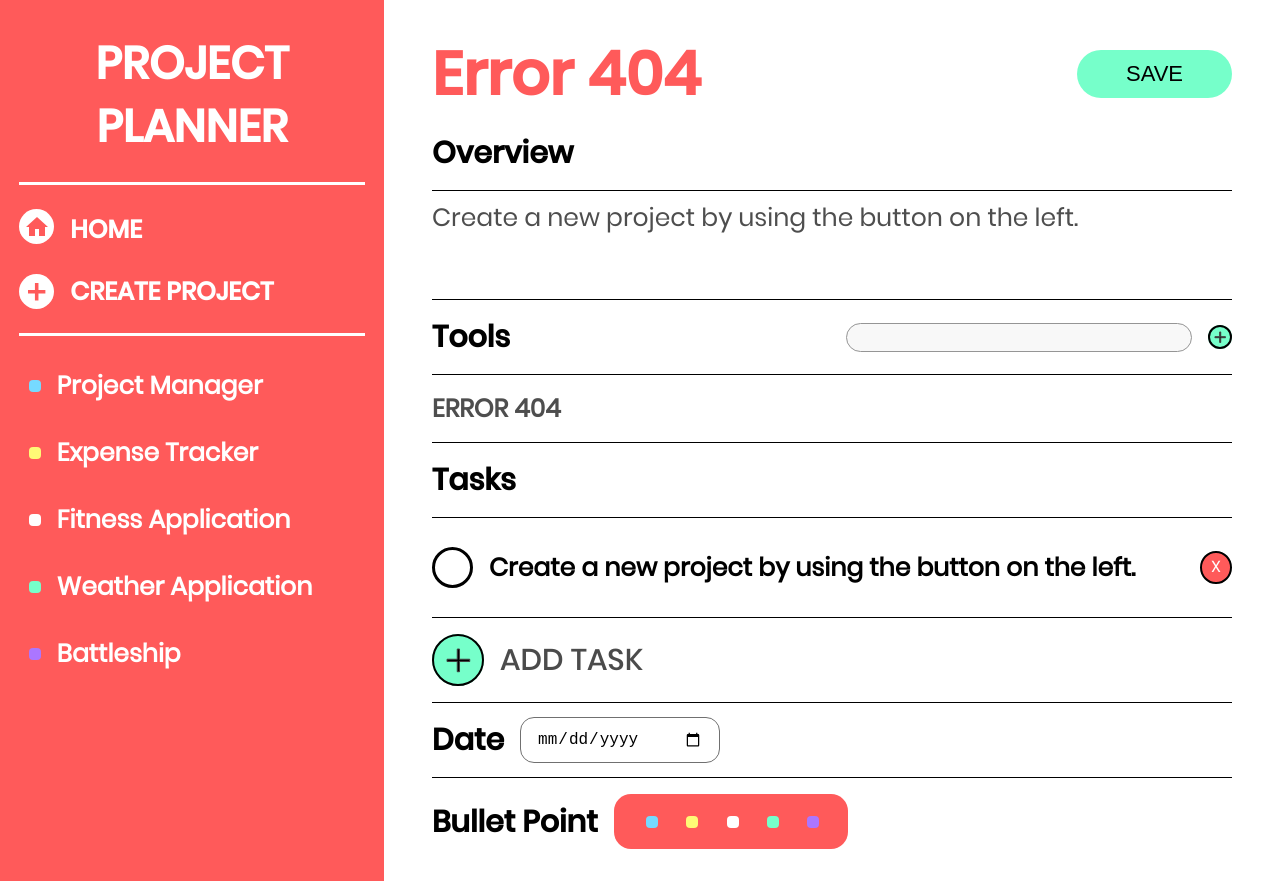
Repository: AzharMoosa/project-manager
Page: /project
These files come from the project's save history. The page is drawn as it stood at one moment and after a run of saves; the edit follows.
The browser window is 1280 px wide. The pictures show the whole page.
The project was rebuilt for these pictures with package versions that can differ from the ones it lists, and the page was loaded fresh each time. A package was used in the major version that the imports need, not the one package.json lists. Also part of the build but not shown: src/components/home/ProgressBar.js, src/components/home/ProjectProgress.js, src/components/home/Home.js.

Above is the page before, as saved 2020-06-25 14:05:57.

### public/index.html
<!DOCTYPE html>
<html lang="en">
  <head>
    <meta charset="utf-8" />
    <link rel="icon" href="%PUBLIC_URL%/favicon.ico" />
    <meta name="viewport" content="width=device-width, initial-scale=1" />
    <meta name="theme-color" content="#000000" />
    <meta
      name="description"
      content="Web site created using create-react-app"
    />
    <link rel="apple-touch-icon" href="%PUBLIC_URL%/logo192.png" />

    <link rel="manifest" href="%PUBLIC_URL%/manifest.json" />

    <title>Project Planner</title>
  </head>
  <body>
    <noscript>You need to enable JavaScript to run this app.</noscript>
    <div id="root"></div>
  </body>
</html>

### src/App.js
import React from "react";
import Sidebar from "./components/sidebar/Siebar";
import Main from "./components/Main";
import Modal from "./components/modal/Modal";
import { ProjectProvider } from "./ProjectContext";
import { SelectedProjectProvider } from "./SelectedProjectContext";
import { BrowserRouter } from "react-router-dom";

import "./App.css";

function App() {
  return (
    <BrowserRouter>
      <ProjectProvider>
        <SelectedProjectProvider>
          <div className='container'>
            <Sidebar />
            <Main />
            <Modal />
          </div>
        </SelectedProjectProvider>
      </ProjectProvider>
    </BrowserRouter>
  );
}

export default App;

### src/components/sidebar/Siebar.js
import React from "react";
import Header from "./Header";
import ProjectList from "../project-list/ProjectList";

const Siebar = () => {
  return (
    <div className='sidebar'>
      <Header />
      <ProjectList />
    </div>
  );
};

export default Siebar;

### src/components/Main.js
import React from "react";
import { Switch, Route } from "react-router-dom";
import Home from "./home/Home";
import CurrentProject from "./current-project/CurrentProject";

const Main = () => {
  return (
    <Switch>
      <Route exact path='/' component={Home}></Route>
      <Route exact path='/project' component={CurrentProject}></Route>
    </Switch>
  );
};

export default Main;

### src/components/modal/Modal.js
import React, { useContext, useState } from "react";
import { ProjectContext } from "../../ProjectContext";

const Modal = () => {
  // eslint-disable-next-line
  const [projects, setProjects] = useContext(ProjectContext);
  const [projectTitle, setProjectTitle] = useState("");
  const [projectOverview, setProjectOverview] = useState("");

  const hidePopup = () => {
    let popup = document.querySelector(".create-project-popup");
    popup.classList.add("hide");
  };

  const createProject = (e) => {
    if (projectTitle === "") {
      return;
    }
    e.preventDefault();
    let newProject = {
      name: projectTitle,
      overview: projectOverview,
      tools: [],
      progress: 0,
      tasks: [],
      color: "white",
      date: "",
      id: Math.floor(Math.random() * 100),
    };
    setProjects((projects) => [...projects, newProject]);
    setProjectTitle("");
    setProjectOverview("");
    clearTitleInput();
    clearOverviewInput();
    hidePopup();
  };

  const clearTitleInput = () => {
    let titleInput = document.querySelector(".title-input");
    titleInput.value = "";
  };

  const clearOverviewInput = () => {
    let overviewInput = document.querySelector(".overview-input");
    overviewInput.value = "";
  };

  return (
    <div className='create-project-popup hide'>
      <div className='create-project-popup-content'>
        <h1>CREATE PROJECT</h1>
        <form className='form-input'>
          <label htmlFor='title'>PROJECT TITLE</label>
          <input
            type='text'
            onChange={(e) => setProjectTitle(e.target.value)}
            className='title-input'
          />
          <label htmlFor='title'>PROJECT OVERVIEW</label>
          <textarea
            type='text'
            onChange={(e) => setProjectOverview(e.target.value)}
            className='overview-input'
          />
          <button className='create-btn' onClick={createProject}>
            CREATE
          </button>
        </form>
      </div>
    </div>
  );
};

export default Modal;

### src/SelectedProjectContext.js
import React, { useState, createContext } from "react";

export const SelectedProjectContext = createContext();

export const SelectedProjectProvider = (props) => {
  const [selectedProject, setSelectedProject] = useState({
    name: "Error 404",
    overview: "Create a new project by using the button on the left.",
    tools: ["Error 404"],
    progress: 0,
    tasks: [
      {
        task: "Create a new project by using the button on the left.",
        id: 1,
        complete: false,
      },
    ],
    color: "",
    date: "",
    id: 21,
  });

  return (
    <SelectedProjectContext.Provider
      value={[selectedProject, setSelectedProject]}
    >
      {props.children}
    </SelectedProjectContext.Provider>
  );
};

### src/App.css
:root {
  --red: #ff5a5a;
  --green: #76ffca;
  --blue: #76daff;
  --yellow: #fffa76;
  --purple: #ab76ff;
}

/* CSS RESET */

* {
  margin: 0;
  padding: 0;
  box-sizing: border-box;
}

/* Fonts */

@font-face {
  font-family: "Poppins-Med";
  src: url("./fonts/Poppins-Medium.ttf");
}

@font-face {
  font-family: "Poppins-Reg";
  src: url("./fonts/Poppins-Regular.ttf");
}

/* Body */

body {
  font-family: "Poppins-Reg";
  line-height: 1.4;
}

/* Utilities */

/* Bullet Points */

.white:before,
.blue:before,
.yellow:before,
.green:before,
.purple:before {
  content: " ";
  height: 12px;
  width: 12px;
  margin-right: 1rem;
  border-radius: 4px;
}

.blue:before {
  background-color: var(--blue);
}

.yellow:before {
  background-color: var(--yellow);
}

.green:before {
  background-color: var(--green);
}

.purple:before {
  background-color: var(--purple);
}

.white:before {
  background-color: #fff;
}

/* Container */
.container {
  display: flex;
}

/* Sidebar */
.sidebar {
  width: 30vw;
  background-color: var(--red);
  min-height: 100vh;
  color: #fff;
}

.title {
  font-size: 45px;
  font-family: "Poppins-Med";
  text-align: center;
  padding-top: 2rem;
}

.nav-btns::after,
.nav-btns:before {
  content: " ";
  display: block;
  border-bottom: 3px solid #fff;
  width: 100%;
  margin: 1.5rem auto;
}

.nav-btns {
  width: 90%;
  margin: auto;
}

.home-btn,
.create-project-btn {
  display: flex;
  align-items: center;
  margin-top: 1.5rem;
}

.home-btn h3,
.create-project-btn h3 {
  margin-left: 1rem;
  font-family: "Poppins-Med";
  font-size: 25px;
}

.home-btn svg,
.create-project-btn svg {
  cursor: pointer;
}

/* Home */

.home {
  width: 70vw;
  display: flex;
  flex-direction: column;
}

.home-title {
  font-size: 80px;
  font-family: "Poppins-Med";
  color: var(--red);
  text-align: center;
  margin-top: 1rem;
}

.home-title:after {
  content: " ";
  display: block;
  border-bottom: 5px solid var(--red);
  width: 342px;
  margin: 0 auto 1.5rem auto;
}

/* Selected Project */

.selected-project {
  width: 70vw;
  display: flex;
  flex-direction: column;
  padding: 2rem 3rem;
}

.selected-project-head {
  display: flex;
  align-items: center;
  justify-content: space-between;
}

.selected-project-title {
  color: var(--red);
  font-size: 60px;
  font-family: "Poppins-Med";
}

.selected-project h3 {
  font-size: 30px;
  font-family: "Poppins-Med";
  margin-top: 1rem;
}

.selected-project-heading:after,
.tools:before {
  content: " ";
  display: block;
  border-bottom: 1px solid #000;
  padding: 0.5rem 0;
}

.overview {
  color: #4e4e4e;
  font-size: 25px;
  font-family: "Poppins-Reg";
  padding: 0.5rem 0;
  outline: none;
  border: none;
  resize: none;
}

.tools-head {
  display: flex;
  justify-content: space-between;
  align-items: center;
  border-bottom: 1px solid #000;
  padding-bottom: 1rem;
}

.tools-input {
  margin-top: 1rem;
  display: flex;
  justify-content: center;
  align-items: center;
}

.add-tools {
  width: 346px;
  height: 29px;
  background-color: #f8f8f8;
  border: 1px solid #959595;
  border-radius: 15px;
  margin-right: 1rem;
  font-size: 15px;
  outline: none;
  padding: 0 1rem;
}

.add-tool-btn {
  cursor: pointer;
}

.tools-body {
  text-transform: uppercase;
  border-bottom: 1px solid #000;
}

.tools-body h3 {
  font-family: "Poppins-Reg";
  padding-bottom: 1rem;
  color: #4e4e4e;
  font-size: 25px;
}

.tasks-title {
  display: flex;
  align-items: center;
  border-bottom: 1px solid #000;
  padding-bottom: 1rem;
}

.bullet-point {
  border-radius: 50%;
  width: 41px;
  height: 41px;
  border: 3px solid #000;
  cursor: pointer;
  margin-right: 1rem;
}

.complete {
  background: var(--blue);
}

.not-complete {
  background: #fff;
}

.task {
  display: flex;
  justify-content: space-between;
  align-items: center;
}

.task-name {
  width: 100%;
  display: flex;
  align-items: center;
}

.task-name h3 {
  font-size: 25px;
  font-family: "Poppins-Reg";
  margin-bottom: 1rem;
}

.tasks {
  margin: 1rem 0;
}

.delete-task-btn {
  cursor: pointer;
  border-radius: 50%;
  width: 33px;
  height: 33px;
  border: 2px solid #000;
  cursor: pointer;
  background-color: var(--red);
  color: #fff;
  display: flex;
  justify-content: center;
  align-items: center;
}

.add-tasks {
  border-top: 1px solid #000;
  border-bottom: 1px solid #000;
  padding: 1rem 0;
  display: flex;
  align-items: center;
}

.add-tasks input {
  background: transparent;
  font-family: "Poppins-Med";
  border: none;
  font-size: 30px;
  outline: none;
  color: #000;
  margin-left: 1rem;
}

.add-tasks input::placeholder {
  color: #000;
  opacity: 0.7;
}

.add-tasks-btn {
  cursor: pointer;
  outline: none;
}

.date {
  display: flex;
  align-items: center;
  border-bottom: 1px solid #000;
}

.date h3 {
  margin-bottom: 1rem;
  margin-right: 1rem;
}

.date input {
  width: 200px;
  height: 46px;
  border-radius: 14px;
  border: 1px solid #707070;
  padding: 0 1rem;
  font-size: 16px;
}

.bullet-point-selector {
  display: flex;
  align-items: center;
}

.bullet-point-selector-bg {
  width: 234px;
  height: 55px;
  background-color: var(--red);
  margin-left: 1rem;
  margin-top: 1rem;
  display: flex;
  align-items: center;
  justify-content: space-between;
  padding-left: 2rem;
  border-radius: 17px;
}

/* Project Sidebar List */

.project-side {
  width: 85%;
  margin: 2rem auto;
  display: flex;
  align-items: center;
  cursor: pointer;
}

.project-side h3 {
  font-size: 25px;
}

/* Progress Bar */
.progressbar {
  width: 90%;
  background-color: #fff;
  border: 2px solid #2f2f2f;
  border-radius: 17px;
  margin: 0 auto 2rem auto;
}

.progressbar > div {
  background-color: var(--green);
  height: 33px;
  border-radius: 17px;
}

.progressbar > div h3 {
  display: flex;
  justify-content: flex-end;
  align-items: center;
  line-height: 1.8;
  margin-right: 1rem;
}

/* Project List */

.project-title {
  width: 90%;
  margin: 1.2rem auto;
  display: flex;
  justify-content: space-between;
}

.project-title h3 {
  font-size: 25px;
  font-family: "Poppins-Med";
}

.project-title h4 {
  font-size: 20px;
  font-family: "Poppins-Reg";
  color: #505050;
}

/* Create Project Popup */

.hide {
  display: none !important;
}

.create-project-popup {
  display: flex;
  justify-content: center;
  align-items: center;
  position: fixed;
  z-index: 1;
  left: 0;
  top: 0;
  width: 100%;
  height: 100%;
  background-color: rgb(0, 0, 0);
  background-color: rgba(99, 99, 99, 0.6);
}

.create-project-popup-content {
  background-color: var(--red);
  padding: 20px;
  border: 3px solid #343434;
  min-width: 526px;
  min-height: 617px;
  color: #fff;
  -webkit-box-shadow: 10px 10px 6px 0px rgba(0, 0, 0, 0.75);
  -moz-box-shadow: 10px 10px 6px 0px rgba(0, 0, 0, 0.75);
  box-shadow: 10px 10px 6px 0px rgba(0, 0, 0, 0.75);
}

.create-project-popup-content h1 {
  text-align: center;
}

.create-project-popup-content h1:after {
  content: " ";
  display: block;
  border-bottom: 3px solid #fff;
  width: 250px;
  margin: 0 auto 1.5rem auto;
}

.form-input {
  width: 100%;
  display: flex;
  flex-direction: column;
  justify-content: center;
}

.form-input label {
  font-size: 25px;
  font-family: "Poppins-Med";
}

.form-input input {
  height: 46px;
  background-color: transparent;
  border: 2px solid #fff;
  outline: none;
  color: #fff;
  font-size: 21px;
  padding: 0 0.5rem;
  width: 100%;
  margin-bottom: 2rem;
}

.form-input textarea {
  height: 202px;
  background-color: transparent;
  border: 2px solid #fff;
  outline: none;
  color: #fff;
  font-size: 21px;
  padding: 0.5rem 0.5rem;
  width: 100%;
  margin-bottom: 2rem;
  font-family: "Poppins-Reg";
}

.create-btn {
  background-color: var(--green);
  width: 155px;
  height: 48px;
  border-radius: 24px;
  border: none;
  font-size: 22px;
  margin: 2rem auto 0 auto;
  cursor: pointer;
  outline: none;
}

.save-btn {
  background-color: var(--green);
  width: 155px;
  height: 48px;
  border-radius: 24px;
  border: none;
  font-size: 22px;
  cursor: pointer;
  outline: none;
}

### src/components/project-list/ProjectList.js
import React, { useContext } from "react";
import { ProjectContext } from "../../ProjectContext";
import ProjectSide from "./ProjectSide";

const ProjectList = () => {
  // eslint-disable-next-line
  const [projects, setProjects] = useContext(ProjectContext);

  return (
    <div>
      {projects.map((project) => (
        <ProjectSide
          name={project.name}
          color={project.color}
          key={project.id}
          project={project}
        />
      ))}
    </div>
  );
};

export default ProjectList;

### src/components/current-project/CurrentProject.js
import React, { useContext, useState } from "react";
import Task from "./Task";
import { SelectedProjectContext } from "../../SelectedProjectContext";
import { ProjectContext } from "../../ProjectContext";

const CurrentProject = () => {
  // eslint-disable-next-line
  const [selectedProject, setSelectedProject] = useContext(
    SelectedProjectContext
  );
  const [projects, setProjects] = useContext(ProjectContext);
  const [toolInput, setToolInput] = useState("");
  const [taskInput, setTaskInput] = useState("");

  const modifyOverview = () => {
    let overview = document.querySelector(".overview").value;
    setSelectedProject((selectedProject) => ({
      ...selectedProject,
      overview: overview,
    }));
  };

  const updateTools = () => {
    if (toolInput === "") {
      return;
    }
    let updatedTools = [...selectedProject.tools, toolInput];
    setSelectedProject((selectedProject) => ({
      ...selectedProject,
      tools: updatedTools,
    }));
    clearToolsInput();
  };

  const updateTask = () => {
    if (taskInput === "") {
      return;
    }
    let newTask = {
      task: taskInput,
      complete: false,
      id: Math.floor(Math.random() * 100),
    };
    selectedProject.tasks.push(newTask);
    updateProgress();
    clearTaskInput();
  };

  const deleteTask = (e) => {
    selectedProject.tasks.map((task) =>
      parseInt(task.id) === parseInt(e.target.id)
        ? selectedProject.tasks.splice(selectedProject.tasks.indexOf(task), 1)
        : null
    );
    updateProgress();
  };

  const toggleComplete = (e) => {
    let updatedTasks = [...selectedProject.tasks];
    updatedTasks.map((task) =>
      parseInt(task.id) === parseInt(e.target.id)
        ? (task.complete = !task.complete)
        : null
    );
    setSelectedProject((selectedProject) => ({
      ...selectedProject,
      tasks: updatedTasks,
    }));
    updateProgress();
  };

  const clearToolsInput = () => {
    let input = document.querySelector(".add-tools");
    input.value = "";
    setToolInput("");
  };

  const clearTaskInput = () => {
    let input = document.querySelector(".add-task-input");
    input.value = "";
    setTaskInput("");
  };

  const updateProjects = () => {
    let updatedArray = [...projects];
    let i;
    updatedArray.map((p) =>
      p.name === selectedProject.name ? (i = projects.indexOf(p)) : null
    );
    updatedArray[i] = selectedProject;
    setProjects(updatedArray);
  };

  const updateProgress = () => {
    let updatedTasks = [...selectedProject.tasks];
    let count = 0;
    updatedTasks.map((task) => (task.complete === true ? count++ : null));
    let progress =
      updatedTasks.length > 0
        ? Math.floor((count / updatedTasks.length) * 100)
        : 0;
    setSelectedProject((selectedProject) => ({
      ...selectedProject,
      progress: progress,
    }));
  };

  const updateDate = () => {
    let newDate = document.querySelector(".date-input").value;
    setSelectedProject((selectedProject) => ({
      ...selectedProject,
      date: newDate,
    }));
  };

  const updateBulletPoint = (e) => {
    let newColor = e.target.className;
    setSelectedProject((selectedProject) => ({
      ...selectedProject,
      color: newColor,
    }));
  };

  return (
    <div className='selected-project'>
      <div className='selected-project-head'>
        <h1 className='selected-project-title'>{selectedProject.name}</h1>
        <button className='save-btn' onClick={updateProjects}>
          SAVE
        </button>
      </div>

      <h3 className='selected-project-heading'>Overview</h3>

      <textarea
        type='text'
        className='overview'
        value={selectedProject.overview}
        onChange={modifyOverview}
      />
      <div className='tools'>
        <div className='tools-head'>
          <h3>Tools</h3>
          <div className='tools-input'>
            <input
              type='text'
              className='add-tools'
              onChange={(e) => setToolInput(e.target.value)}
            />
            <svg
              xmlns='http://www.w3.org/2000/svg'
              width='24'
              height='24'
              viewBox='0 0 24 24'
              className='add-tool-btn'
              onClick={updateTools}
            >
              <g
                id='Add_Tool_Btn'
                data-name='Add Tool Btn'
                transform='translate(-49.866 -241.866)'
              >
                <g
                  id='Ellipse_2'
                  data-name='Ellipse 2'
                  transform='translate(49.866 241.866)'
                  fill='#76ffca'
                  stroke='#000'
                  strokeWidth='2'
                >
                  <circle cx='12' cy='12' r='12' stroke='none' />
                  <circle cx='12' cy='12' r='11' fill='none' />
                </g>
                <path
                  id='icons8-plus'
                  d='M6.72,2V6.72H2V7.769H6.72v4.72H7.769V7.769h4.72V6.72H7.769V2Z'
                  transform='translate(54.819 246.819)'
                  stroke='#404040'
                  strokeWidth='1'
                  fillRule='evenodd'
                />
              </g>
            </svg>
          </div>
        </div>
        <div className='tools-body'>
          <h3>{selectedProject.tools.join(" | ")}</h3>
        </div>
      </div>

      <h3 className='selected-project-heading'>Tasks</h3>

      <div className='tasks'>
        {selectedProject.tasks.map((task) => (
          <Task
            key={task.id}
            id={task.id}
            task={task}
            toggleComplete={toggleComplete}
            deleteTask={deleteTask}
          />
        ))}
      </div>

      <div className='add-tasks'>
        <svg
          xmlns='http://www.w3.org/2000/svg'
          width='52'
          height='52'
          viewBox='0 0 52 52'
          className='add-tasks-btn'
          onClick={updateTask}
        >
          <g
            id='Add_Tool_Btn'
            data-name='Add Tool Btn'
            transform='translate(-49.866 -241.866)'
          >
            <g
              id='Ellipse_2'
              data-name='Ellipse 2'
              transform='translate(49.866 241.866)'
              fill='#76ffca'
              stroke='#000'
              strokeWidth='2'
            >
              <circle cx='26' cy='26' r='26' stroke='none' />
              <circle cx='26' cy='26' r='25' fill='none' />
            </g>
            <path
              id='icons8-plus'
              d='M12.21,2V12.21H2v2.269H12.21v10.21h2.269V14.479h10.21V12.21H14.479V2Z'
              transform='translate(62.905 254.905)'
              stroke='#404040'
              strokeWidth='1'
              fillRule='evenodd'
            />
          </g>
        </svg>
        <input
          className='add-task-input'
          onChange={(e) => setTaskInput(e.target.value)}
          placeholder={"ADD TASK"}
        />
      </div>

      <div className='date'>
        <h3>Date</h3>
        <input
          type='date'
          value={selectedProject.date}
          className='date-input'
          onChange={updateDate}
        />
      </div>

      <div className='bullet-point-selector'>
        <h3>Bullet Point</h3>
        <div className='bullet-point-selector-bg'>
          <div className='project-side blue' onClick={updateBulletPoint}></div>
          <div
            className='project-side yellow'
            onClick={updateBulletPoint}
          ></div>
          <div className='project-side white' onClick={updateBulletPoint}></div>
          <div className='project-side green' onClick={updateBulletPoint}></div>
          <div
            className='project-side purple'
            onClick={updateBulletPoint}
          ></div>
        </div>
      </div>
    </div>
  );
};

export default CurrentProject;

### src/components/project-list/ProjectSide.js
import React, { useContext } from "react";
import { SelectedProjectContext } from "../../SelectedProjectContext";
import { ProjectContext } from "../../ProjectContext";
import { Link } from "react-router-dom";

const Project = ({ name, color, project }) => {
  // eslint-disable-next-line
  const [selectedProject, setSelectedProject] = useContext(
    SelectedProjectContext
  );

  const [projects, setProjects] = useContext(ProjectContext);

  const updateProjects = () => {
    let updatedArray = [...projects];
    let i;
    updatedArray.map((p) =>
      p.name === selectedProject.name ? (i = projects.indexOf(p)) : null
    );
    updatedArray[i] = selectedProject;
    setProjects(updatedArray);
  };

  return (
    <Link to='/project' style={{ textDecoration: "none", color: "#fff" }}>
      <div className={`project-side ${color}`}>
        <h3
          onClick={() => {
            updateProjects();
            setSelectedProject(project);
          }}
        >
          {name}
        </h3>
      </div>
    </Link>
  );
};

export default Project;

### src/components/current-project/Task.js
import React from "react";

const Task = ({ task, toggleComplete, id, deleteTask }) => {
  return (
    <div className='task'>
      <div className='task-name'>
        <div
          id={id}
          onClick={toggleComplete}
          className={`bullet-point ${
            task.complete ? "complete" : "not-complete"
          }`}
        ></div>
        <h3>{task.task}</h3>
      </div>
      <div className='delete-task-btn' onClick={deleteTask} id={id}>
        X
      </div>
    </div>
  );
};

export default Task;

Loaded but not shown: src/index.js (common file); src/ProjectContext.js (109 lines, source omitted); src/components/sidebar/Header.js (104 lines, source omitted)

After the next 2 saves:
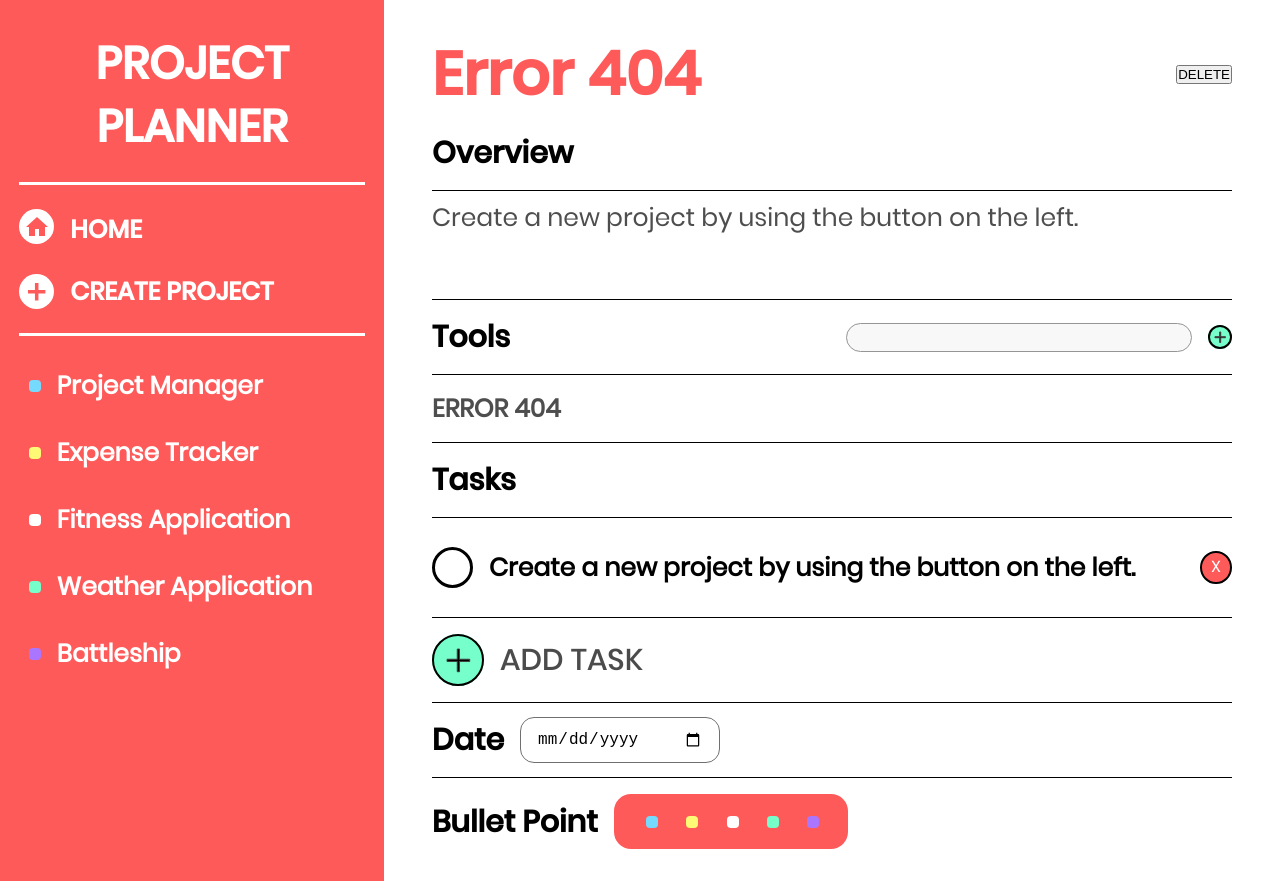
The 2 saves are shown as one change because they came seconds apart.
The last was saved 57 s later.
--- a/src/components/current-project/CurrentProject.js
+++ b/src/components/current-project/CurrentProject.js
@@ -125,8 +125,8 @@ const CurrentProject = () => {
     <div className='selected-project'>
       <div className='selected-project-head'>
         <h1 className='selected-project-title'>{selectedProject.name}</h1>
-        <button className='save-btn' onClick={updateProjects}>
-          SAVE
+        <button className='delete-btn' onClick={updateProjects}>
+          DELETE
         </button>
       </div>
 
